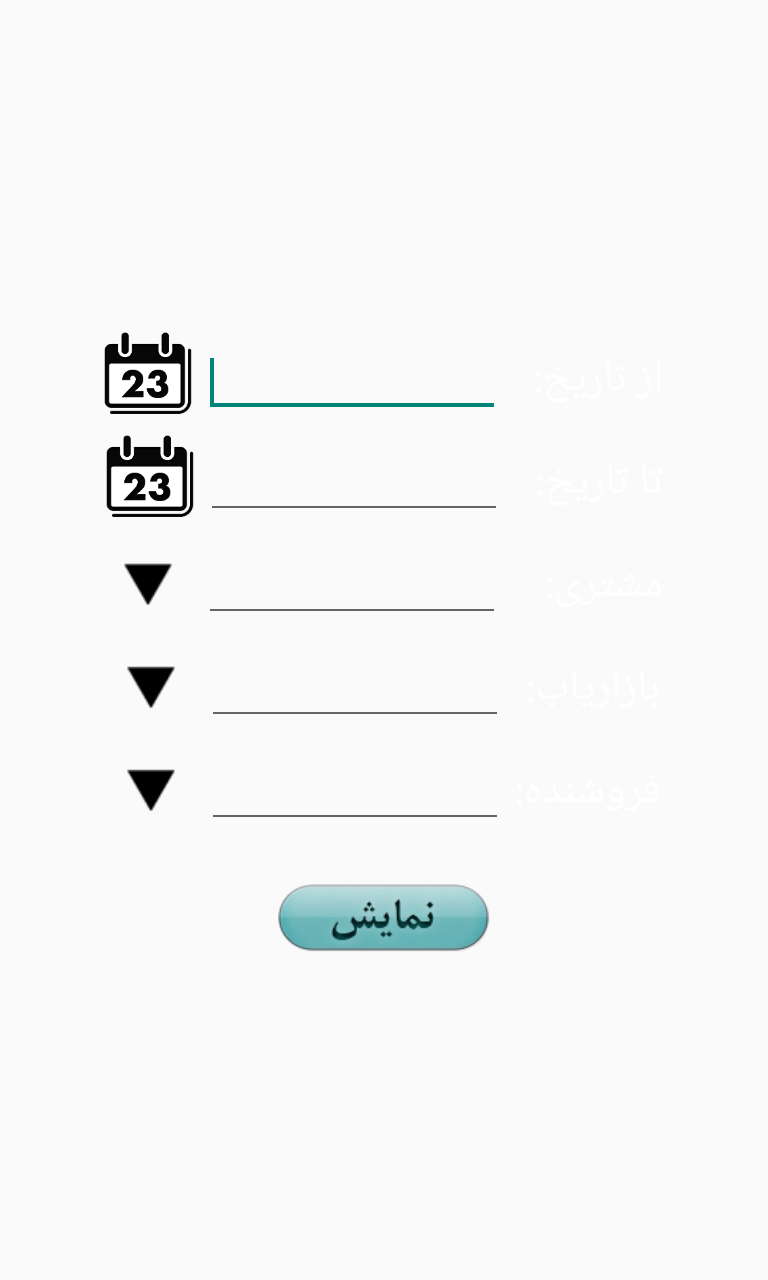
Repository: AtiehPardaz/Reports-Mobile
Layout: Reportsmobile/res/layout/frg_forosh_faktor.xml
These files come from the project's save history. The layout is drawn as it stood at one moment and after the next save; the edit follows.
It is drawn on a 768 x 1280 px phone screen (xhdpi) without system bars, with theme AppTheme; the app's code is not run.

Above is the layout before, as saved 2015-03-09 14:34:58.

After the next save:
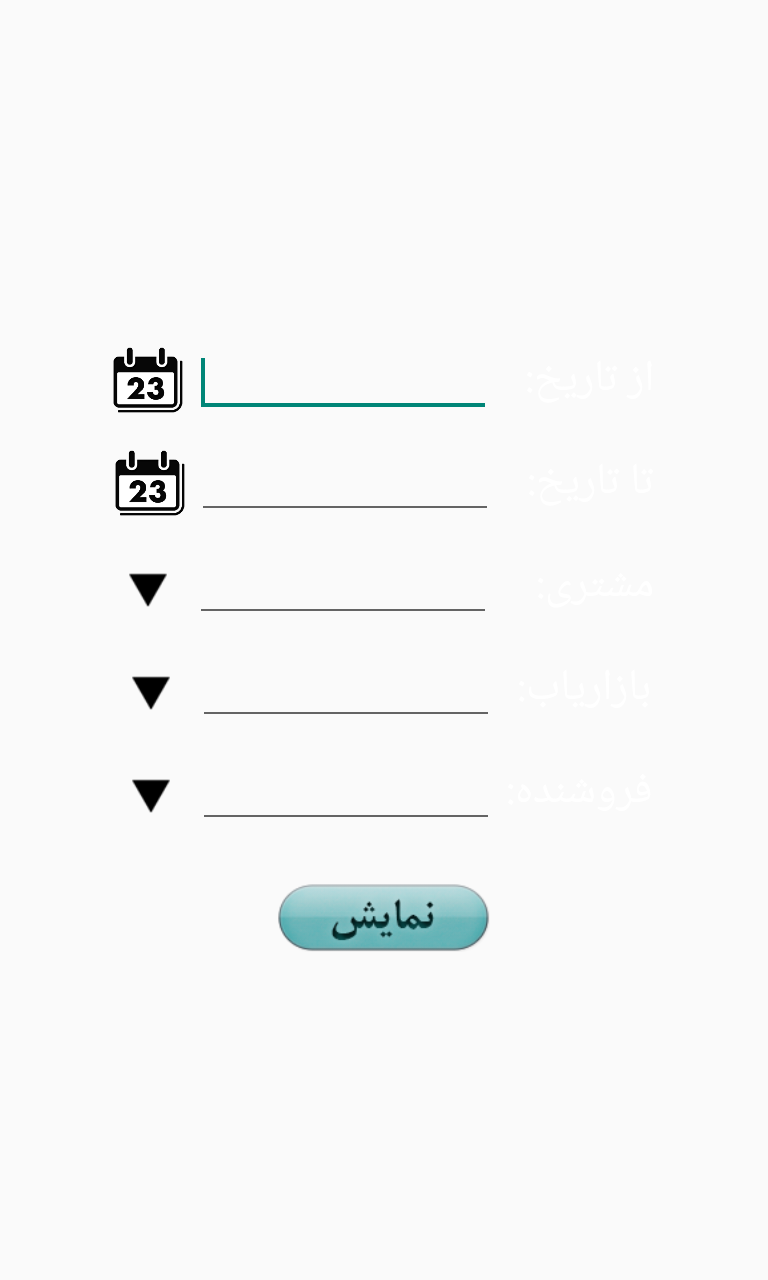
Saved 45 s later.
--- a/Reportsmobile/res/layout/frg_forosh_faktor.xml
+++ b/Reportsmobile/res/layout/frg_forosh_faktor.xml
@@ -13,8 +13,9 @@
 
         <ImageButton
             android:id="@+id/imgbtn_underline_faktor_forosh"
-            android:layout_width="44dp"
-            android:layout_height="44dp"
+            android:layout_width="35dp"
+                android:layout_height="35dp"
+                android:layout_gravity="center"
             android:background="@drawable/ic_action_date" />
 
         <EditText
@@ -46,8 +47,9 @@
 
             <ImageButton
                 android:id="@+id/imgbtn_todate_forosh"
-                android:layout_width="44dp"
-                android:layout_height="44dp"
+                android:layout_width="35dp"
+                android:layout_height="35dp"
+                android:layout_gravity="center"
                 android:background="@drawable/ic_action_date" />
 
             <EditText
@@ -77,8 +79,9 @@
 
             <ImageButton
                 android:id="@+id/imgbtn_customer_forosh"
-                android:layout_width="44dp"
-                android:layout_height="44dp"
+               android:layout_width="35dp"
+                android:layout_height="35dp"
+                android:layout_gravity="center"
                 android:background="@drawable/down" />
 
             <EditText
@@ -108,8 +111,9 @@
 
             <ImageButton
                 android:id="@+id/imgbtn_bazaryab_forosh"
-                android:layout_width="44dp"
-                android:layout_height="44dp"
+               android:layout_width="35dp"
+                android:layout_height="35dp"
+                android:layout_gravity="center"
                 android:background="@drawable/down" />
 
             <EditText
@@ -139,8 +143,9 @@
 
             <ImageButton
                 android:id="@+id/imgbtn_foroshande_forosh"
-                android:layout_width="44dp"
-                android:layout_height="44dp"
+                android:layout_width="35dp"
+                android:layout_height="35dp"
+                android:layout_gravity="center"
                 android:background="@drawable/down" />
 
             <EditText
